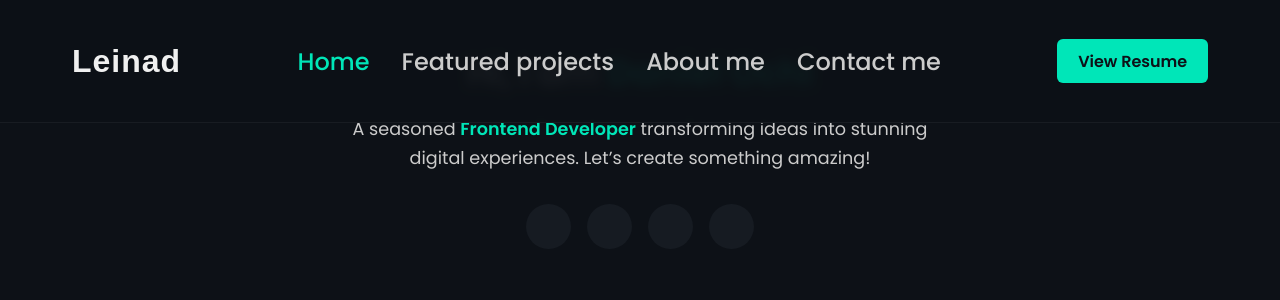
Repository: Austinokezie/Myportfolio
Page: index.html
These files come from the project's save history. The page is drawn as it stood at one moment and after the next save; the edit follows.
The browser window is 1280 px wide. The pictures show the whole page.
Some web fonts or font styles are not loaded; a fallback is used.

Above is the page before, as saved 2025-10-14 13:10:13.

### index.html
<!DOCTYPE html>
<html lang="en">
<head>
    <meta charset="UTF-8">
    <meta name="viewport" content="width=device-width, initial-scale=1.0">
    <title>My Portfolio</title>
    <link rel="stylesheet" href="./style.css">
    <link rel="stylesheet" href="./mediaqueries.css">
    <link rel="stylesheet" href="./lib/css/bootstrap-grid.min.css">
    <link rel="stylesheet" href="./lib/js/bootstrap.bundle.min.js">
</head>
<body>
    <header>
        <nav class="navbar">
          <div class="logo">Leinad</div>

           <ul class="nav-links">
              <li><a href="#" class="active">Home</a></li>
              <li><a href="#">Featured projects</a></li>
              <li><a href="#">About me</a></li>
             <li><a href="#">Contact me</a></li>
           </ul>

          <a href="#" class="resume-btn">View Resume</a>
       </nav>
  </header>
    </nav>
   <section class="intro">
      <div class="intro-content">
         <h1>Hi, I am <span>Daniel Ochi</span></h1>
           <p>
              A seasoned <span class="highlight">Frontend Developer</span> transforming ideas into
              stunning digital experiences. Let’s create something amazing!
           </p>

          <div class="social-links">
              <a href="#" title="GitHub"><i class="fab fa-github"></i></a>
              <a href="#" title="Medium"><i class="fab fa-medium"></i></a>
              <a href="#" title="LinkedIn"><i class="fab fa-linkedin"></i></a>
             <a href="#" title="Twitter"><i class="fab fa-twitter"></i></a>
          </div>
       </div>
    </section>










         <!-- Arrow -->
        <!-- <div class="text-center mt-5">
           <img
             src="./Asset/icons8-arrow-down-100.png"
             alt="arrow icon"
             class="icon arrow img-fluid"
             style="width: 50px; cursor: pointer;"
             onclick="location.href='./experience'"
            >
       </div> -->





<!--
        <img src="./Asset/icons8-arrow-down-100.png" alt="arrow icon"
           class="icon arrow"
           onclick="location.href= './experience'"
        >  -->




















</body>
</html>

### style.css

@import url('https://fonts.googleapis.com/css2?family=Alan+Sans:wght@300..900&family=Poppins:ital,wght@0,100;0,200;0,300;0,400;0,500;0,600;0,700;0,800;0,900;1,100;1,200;1,300;1,400;1,500;1,600;1,700;1,800;1,900&display=swap');



*{
    margin: 0;
    padding: 0;


}


/* Reset some default styles */
* {
  margin: 0;
  padding: 0;
  box-sizing: border-box;
}

body {
  background-color: #0d1117;
  color: #f0f0f0;
  font-family: 'Poppins', sans-serif;
  display: flex;
  justify-content: center;
  align-items: center;
  height: 100vh;
}



/* === Navbar === */
header {
  width: 100%;
  background-color: rgba(13, 17, 23, 0.95);
  position: fixed;
  top: 0;
  left: 0;
  z-index: 10;
  backdrop-filter: blur(6px);
  border-bottom: 1px solid rgba(255, 255, 255, 0.05);
}

.navbar {
  max-width: 1200px;
  margin: 0 auto;
  padding: 1rem 2rem;
  display: flex;
  justify-content: space-between;
  align-items: center;
}

/* Logo */
.logo {
  font-size: 1.5rem;
  font-weight: 700;
  font-family: 'Cursive', sans-serif;
  color: #f0f0f0;
  letter-spacing: 1px;
}

/* Navigation Links */
.nav-links {
  list-style: none;
  display: flex;
  gap: 2rem;
}

.nav-links a {
  text-decoration: none;
  color: #cccccc;
  font-weight: 500;
  transition: 0.3s ease;
}

.nav-links a:hover {
  color: #00e6b8;
}

.nav-links a.active {
  color: #00e6b8;
}

/* Resume Button */
.resume-btn {
  background-color: #00e6b8;
  color: #0d1117;
  text-decoration: none;
  padding: 0.6rem 1.3rem;
  border-radius: 6px;
  font-weight: 600;
  transition: all 0.3s ease;
}

.resume-btn:hover {
  background-color: #00cfa4;
  transform: translateY(-2px);
}











/* Intro Section */
.intro {
  text-align: center;
  padding: 2rem;
}

.intro h1 {
  font-size: 2.2rem;
  margin-bottom: 1rem;
  font-weight: 600;
}

.intro h1 span {
  color: #00e6b8;
  font-weight: 700;
}

.intro p {
  font-size: 1.1rem;
  color: #cccccc;
  max-width: 600px;
  margin: 0 auto 2rem auto;
  line-height: 1.6;
}

.highlight {
  color: #00e6b8;
  font-weight: 600;
}

/* Social Icons */
.social-links {
  display: flex;
  justify-content: center;
  gap: 1rem;
}

.social-links a {
  display: flex;
  justify-content: center;
  align-items: center;
  background-color: #161b22;
  width: 45px;
  height: 45px;
  border-radius: 50%;
  font-size: 1.2rem;
  color: #00e6b8;
  transition: all 0.3s ease;
}

.social-links a:hover {
  background-color: #00e6b8;
  color: #0d1117;
  transform: translateY(-4px);
}

/* Responsive */
@media (max-width: 600px) {
  .intro h1 {
    font-size: 1.8rem;
  }

  .intro p {
    font-size: 1rem;
    padding: 0 1rem;
  }

  .social-links a {
    width: 40px;
    height: 40px;
    font-size: 1rem;
  }
}



@media (max-width: 400px) {
  body {
    padding: 0 1rem;
  }

  .intro h1 {
    font-size: 1.5rem;
    line-height: 1.3;
  }

  .intro p {
    font-size: 0.95rem;
    line-height: 1.5;
  }

  .social-links {
    gap: 0.7rem;
  }

  .social-links a {
    width: 38px;
    height: 38px;
    font-size: 0.9rem;
  }

  .intro {
    padding: 1.5rem 0.5rem;
  }
}


























































/* body {
  background: #f0f0f0;
} */
html{
    scroll-behavior:smooth ;
}
p{
    color: rgb(85, 85, 85);
}

/* Transition */

a, .btn{
    transition: all 300ms ease;
}

/* Desktop */

nav, .nav-links{
    display: flex;

}
nav{
    justify-content: space-around;
    align-items: center;
    height: 17vh;
}
.nav-links{
    gap: 2rem;
    list-style: none;
    font-size: 1.5rem;
}
a {
    color: black;
    text-decoration: none;
    text-decoration-color: white;
}
a:hover{
    color: grey;
    text-decoration: underline;
    text-underline-offset: 1rem;
    text-decoration-color: rgb(181 , 181, 181) ;
}
.logo{
    font-size: 2rem;
}
.logo:hover{
   cursor: default;
}
/* Hamburger */
#hamburger-nav{
    display: none;

}
.hamburger-menu{
    position: relative;
    display: inline-block;

}
.hamburger-icon{
    display: flex;
    flex-direction: column;
    justify-content: space-between;
    height: 24px;
    width: 30px;
    cursor: pointer;
}
.hamburger-icon span{
   width: 100%;
   height: 2px;
   background-color: black;
   transition: all 0.3 ease-in-out;
}
.menu-links{
    position: absolute;
    top: 100%;
    right: 0;
    width: fit-content;
    max-height: 0;
    overflow: hidden;
    transition: all 0.3 ease-in-out;

}
.menu-links a{
    display: block;
    padding: 10px;
    text-align: center;
    font-size: 1.5rem;
    color: black;
    text-decoration: none;
     transition: all 0.3 ease-in-out;
}
.menu-links li {
    list-style: none;

}
.menu-links.open{
    max-height: 300px;


}
.hamburger-icon.open span:first-child{
    transform: rotate(45deg) translate(10px, 5px);
}
.hamburger-icon.open span:nth-child(2){
  opacity: 0;
}
.hamburger-icon.open span:last-child{
    transform: rotate(-45deg) translate(10px, -5px);
}
.hamburger-icon.open span:first-child{
    transform: none;
}
.hamburger-icon.open span:first-child{
   opacity: 1;
}
.hamburger-icon.open span:first-child{
    transform: none;
}

/* section */
section{
    padding-top: 4vh;
    height: 96vh;
    margin: 0 10rem;
    box-sizing: border-box;
    min-height: fit-content;
}
.section-container{
    display: flex;
}
#profile{
    display: flex;
    justify-content: center;
    gap: 5rem;
    height: 80vh;
}
.section-pic-container{
    display: flex;
    height: 400px;
    margin: auto 0;
}
.section-pic-container img{
    width: 300px;
    height: 300px;
    border-radius: 50%;
    object-fit: cover;
    display: inline-block;
}
.section-text{
    align-self: center;
    text-align: center;
    margin-bottom: 20px;

}
.section-text-p{
    font-weight: 600;
}
.section-text-p1{
    text-align: center;
}
.intro-con.greet{
    font-size: 1.5rem;
}
.section-text-p2{
    font-size: 1.75rem;
    margin-bottom: 1rem;
}
.title{
    font-size: 3rem;
    text-align: center;
}
.socials-container{
    display: flex;
    justify-content: center;
    margin-top: 1rem;
    gap: 1rem;
}
/* ICON */
.icon{
    cursor: pointer;
    height: 2rem;
}
/* Buttons */
.btn-container{
    display: flex;
    justify-content: center;
    gap: 1rem;
}
.btn{
    font-weight: 600;
    transition: all 300ms ease;
    padding: .6rem;
    width: 8rem;
    border-radius: 2rem;

}
.btn-color-1, .btn-color-2{
    border: rgb(53, 53, 53) .1rem solid;
}
.btn-color-1:hover,
.btn-color-2:hover{
    cursor: pointer;
}
.btn-color-1,
.btn-color-2:hover{
    cursor: pointer;
    background: rgb(53, 53, 53);
    color: white;
}
.btn-color-1:hover{
    background: rgb(0, 0, 0);


}
.btn-color-2{
    background: none;

}
.btn-color-2:hover{
    border: rgb(255, 255, 255) .1rem solid;
}
.btn-container{
    gap: 1rem;
}

/* About section */


#about{
    position: relative;
    margin-top: 3.5rem;
}
.about-intro{
    margin-bottom: 20px;
}
.section_text_p1{
    text-align: center;
}

/* .about-containers{
    display: flex;
    flex-wrap: wrap;
    justify-content: center;
    gap: 2rem;
    margin-bottom: 2rem;
    margin-top: 2rem;
} */
/* .about-details-container{
    justify-content: center;
    flex-direction: column;
} */
.about-containers,
.about-details-container{
    /* display: flex; */
}
.about-details-container{
    display: block;
}
.about-pic{
    border-radius: 2rem;
    max-width: 400px;
    width: 100%;
    height: auto;
    object-fit: cover;
}
.arrow{
    position: absolute;
    right: -5rem;
    bottom: 2.5rem;
}
.details-container{

    padding: 1.5rem;
    /* flex: 1;  */
    background: white;
    border-radius: 2rem;
    border: rgb(53, 53, 53) 0.1rem solid;
    border-color: rgb(163, 163, 163);
    text-align: center;
}
.section_container{
    /* display: flex; */
    gap: 2rem;
    /* height: 70%; */

}
.section__pic-container{
   /* height: auto; */
   width: 100%;
   display: flex;
   justify-content: center;
   align-items: center;
}


.skill-card{
    display: flex;
    flex-direction: column;
    align-items: center;
    justify-content: center;
    padding: 20px;
    background: #fff;
    border-radius: 2px;
    box-shadow: 0 4px 4px rgba(0, 0, 0, 0.1);
    height: 55px;
}
.skill-card img{
    width: 40px;
    height: 40px;
    margin-bottom: 10px;
}



/* Experience section */
#experience{
    position: relative;
}
.experience-sub-title{
    color: rgb(85, 85, 85);
    font-weight: 600;
    font-size: 1.75rem;
    margin-bottom: 2rem;

}
.experience-details-container{
    display: flex;
    justify-content: center;
    flex-direction: column;

}
.article-container{
    display: flex;
    text-align: initial;
    flex-wrap: wrap;
    flex-direction: row;
    gap: 2.5rem;
    justify-content: space-around;
}
article{
    display: flex;
    width: 10rem;
    justify-content: space-around;
    gap: 0.5rem;

}
article .icon{
    cursor: default;
}


/* Projects Section */


#projects{
    position: relative;
}
.color-container{
    border-color: rgb(163, 163, 163);
    background: rgb(255, 255, 255);
}
.project-img{
   border-radius: 1rem;
   width: 100%;
   height: 100%;
}
.project-title{
    margin: 1rem;
    color: black;
}
.project-btn{
    color: black;
    border-color: rgb(163, 163, 163);
}
/* CONTACT */
#contact{
    display: flex;
    justify-content: center;
    flex-direction: column;
    height: 70vh;
}
.contact-info-upper-container{
    display: flex;
    justify-content: center;
    border-radius: 2rem;
    border: rgb(53, 53, 53) 0.1rem solid;
    background-color: rgb(163, 163, 163);
    background: rgb(250, 250, 250);
    margin: 2rem auto;
    padding: 0.5rem;

}
.contact-info-container{
    display: flex;
    align-items: center;
    justify-content: center;
    gap: 0.5rem;
    margin: 1rem;
}
.contact-info-container p{
    font-size: larger;
}
.contact-icon{
    cursor: default;
}

/* footer */
footer{
    height: 26vh;
    margin:  0 1 rem;
    color: #fff;
    background: #f9f9f9;
    box-shadow: 0 -4px 6px rgba(0, 0, 0, 0.2);

}
/* hr{
    width: 75%;
    margin: 20px auto;
    border-color: #333;

} */

.nav-links{
   color: rgb(85, 85, 85);
}
footer p{
    text-align: center ;
}

@media (max-width: 768px) {
  .arrow {
    position: static;
    margin: 2rem auto 0;
    display: block;
  }
}

@media (max-width: 992px) {
  .section_container {
    flex-direction: column;
    align-items: center;
  }

  .section__pic-container,
  .about-details-container {
    max-width: 100%;
  }

  .arrow {
    position: static;
    display: block;
    margin: 2rem auto 0;
  }
}

Loaded but not shown: lib/css/bootstrap-grid.min.css (library); lib/js/bootstrap.bundle.min.js (library); mediaqueries.css (empty)

After the next save:
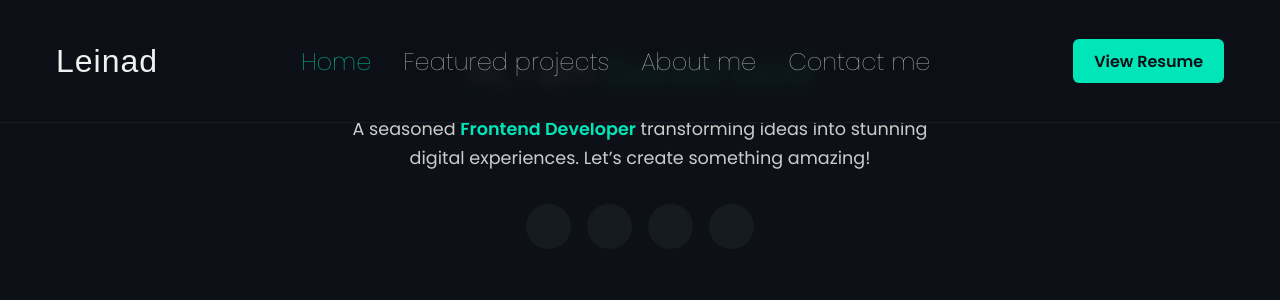
Saved 96 s later.
--- a/style.css
+++ b/style.css
@@ -45,7 +45,7 @@ header {
 .navbar {
   max-width: 1200px;
   margin: 0 auto;
-  padding: 1rem 2rem;
+  padding: 1rem 1rem;
   display: flex;
   justify-content: space-between;
   align-items: center;
@@ -53,8 +53,8 @@ header {
 
 /* Logo */
 .logo {
-  font-size: 1.5rem;
-  font-weight: 700;
+  font-size: 1rem;
+  font-weight: 200;
   font-family: 'Cursive', sans-serif;
   color: #f0f0f0;
   letter-spacing: 1px;
@@ -70,7 +70,7 @@ header {
 .nav-links a {
   text-decoration: none;
   color: #cccccc;
-  font-weight: 500;
+  font-weight: 100;
   transition: 0.3s ease;
 }
 
